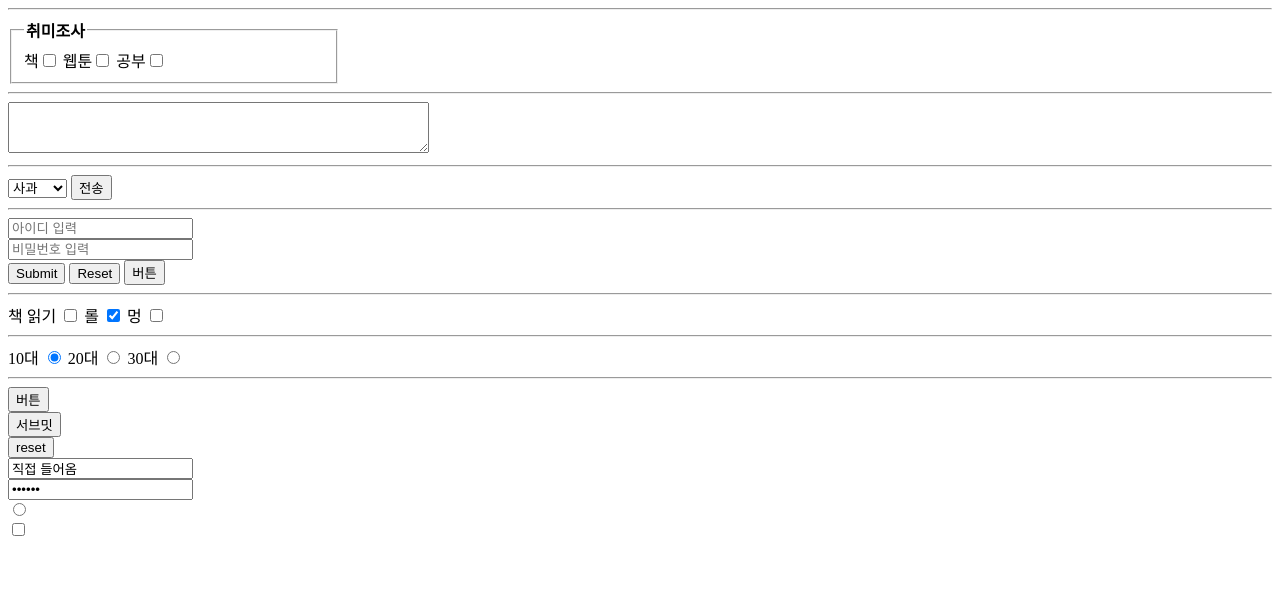
Repository: basstpgns/20201029html
Page: jsp/html/test02.html
The author's editor kept a copy of each file at every save. The page is drawn from the files as they stood at one save, then again after the next save.
The browser window is 1280 px wide. The pictures show the whole page.

Above is the page before, as saved 2020-10-30 01:45:39.

### jsp/html/test02.html
<!DOCTYPE html>
<html>
<head>
<meta charset="UTF-8">
<title>Insert title here</title>
</head>
<body>
	<div></div>
	<hr>
	<fieldset style="width: 300px;">
		<legend>
			<b>취미조사</b>
		</legend>
		책<input type="checkbox"> 웹툰<input type="checkbox"> 공부<input
			type="checkbox">
	</fieldset>
	<hr>
	<textarea rows="3" cols="50"></textarea>
	<hr>
	<form>
		<select size="1" name="select">
			<!-- 사용자가 선택한 값의 value를 넘겨준다.  -->
			<option value="사과11">사과
			<option value="배11">배
			<option value="복숭아11">복숭아
			<option value="수박11">수박
		</select>
		<button type="submit">전송</button>
	</form>
	<hr>
	<form action="test01.html" method="post">
		<!-- 버튼을 동작하기 위한 명령어 -->
		<input type="text" name="id" placeholder="아이디 입력"><br>
		<!--
			name에 입력한 값을 저장시키고 전달해준다. 변수를 만들어준다.
			method를 입력하지 않으면 기본값으로 get방식이 된다.
			get방식 : 사용자가 입력한 값을 url에 넘겨주는 방식 / 최대 256byte까지만 지원한다. / 용량이 적거나 다른 사용자에게 보여져도 상관없으면 get방식을 이용한다.
			post방식 : 데이터를 헤드에 붙혀서 넘겨주기 때문에  대용량데이터의 전달이 가능하다. / 데이터에 보안이 필요할 때 사용한다.
		 -->
		<input type="text" name="pw" placeholder="비밀번호 입력"> <br>
		<input type="submit" placeholder="로그인">
		<!-- submit은 무조건 form으로 묶어줘야 한다. 버튼이 눌렸을 때 action에 경로가 있다면 해당하는 경로로 이동한다. -->
		<input type="reset" placeholder="초기화"> <input type="button"
			value="버튼">
		<!-- 버튼은 다른방식을 이동해야 한다. -->
	</form>
	<hr>
	책 읽기
	<input type="checkbox"> 롤
	<input type="checkbox" checked> 멍
	<input type="checkbox">
	<hr>
	10대
	<input type="radio" name="age" checked> 20대
	<input type="radio" name="age"> 30대
	<input type="radio" name="age">
	<hr>
	<input type="button" value="버튼">
	<br>
	<input type="submit" value="서브밋">
	<br>
	<input type="reset" value="reset">
	<br>
	<input type="text" value="직접 들어옴">
	<br>
	<input type="password" value="직접 들어옴">
	<br>
	<input type="radio" value="">
	<br>
	<input type="checkbox" value="">
	<br>
</body>
</html>

After the next save:
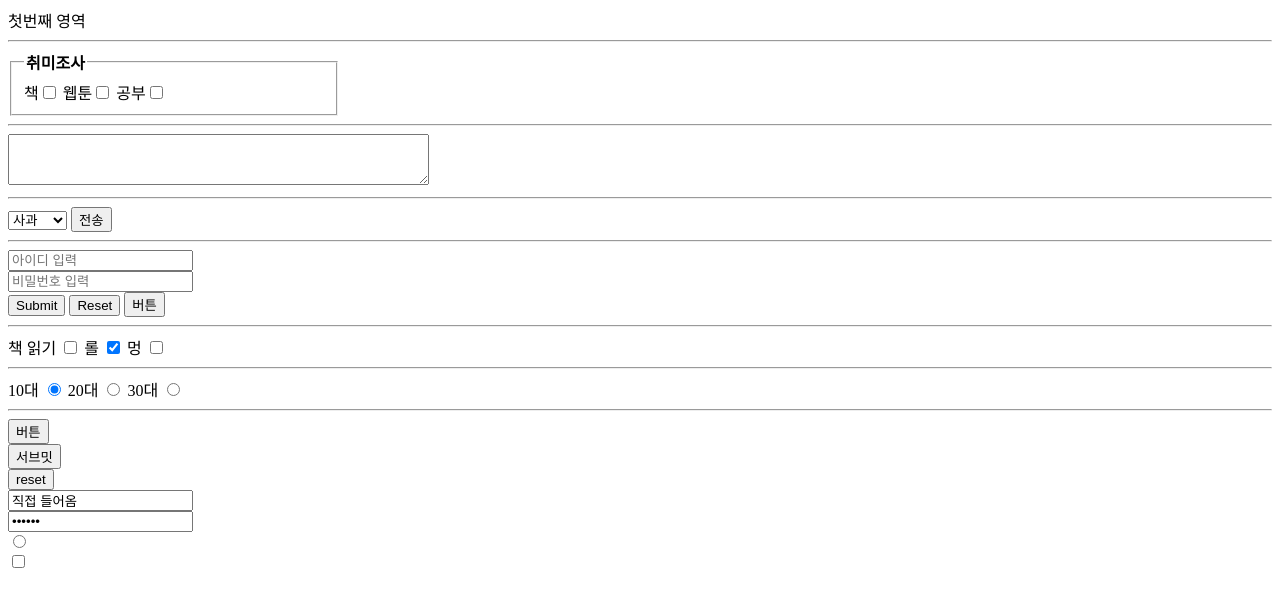
Saved 23 s later.
--- a/jsp/html/test02.html
+++ b/jsp/html/test02.html
@@ -5,7 +5,7 @@
 <title>Insert title here</title>
 </head>
 <body>
-	<div></div>
+	<div>첫번째 영역</div>
 	<hr>
 	<fieldset style="width: 300px;">
 		<legend>
